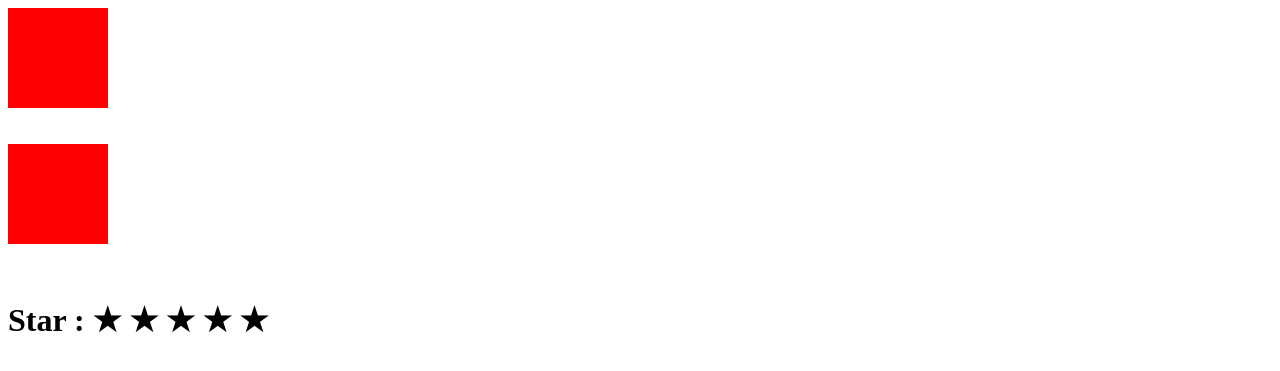
Repository: Shinhan1/shinhan
Page: http://localhost/web_goott/w20200324/w20200324_Test1.jsp
An editor plug-in stored every save of this project. The page is shown before and after the next save, followed by the edit.
The browser window is 1280 px wide. The pictures show the whole page.
The page is served by Tomcat 9.

Above is the page before, as saved 2020-03-24 08:43:18.

### web_goott/WebContent/w20200324/w20200324_Test1.jsp
<%@ page language="java" contentType="text/html; charset=UTF-8"
    pageEncoding="UTF-8"%>
<!DOCTYPE html>
<html>
<head>
<meta charset="UTF-8">
<title>Test1</title>
<style type="text/css">
	/* div{
		margin-left: 0px;
		width: 100px;
		height: 100px;
		background-color: red;
	} */
	#div1{
		margin-left: 0px;
		width: 100px;
		height: 100px;
		background-color: red;
	}
	#div2{
		margin-left: 0px;
		width: 100px;
		height: 100px;
		background-color: red;
	}


</style>
<script src="https://ajax.googleapis.com/ajax/libs/jquery/3.4.1/jquery.min.js"></script>
<script type="text/javascript">

	$(function(){
		$('#div1').click(function(){
			$(this).animate({
				marginLeft: "+=100"
			}, 500);
			$(this).animate({
				width : "+=100"
			}, 500);
			$(this).animate({
				height : "+=100"
			}, 500);

		});

		$('#div2').click(function(){
			$(this).animate({
				marginLeft: "+=100"
			}, 500);
			$(this).animate({
				width : "+=100"
			}, 500);
			$(this).animate({
				height : "+=100"
			}, 500, function(){
				$(this).hide();
			});

		});

		setInterval(function(){
			$('h1').append(" ★ ");
		}, 1000);



		$('h1').click(function(){
			$(this).append(" ★ ");
		});


	});
</script>
</head>
<body>
	<div id="div1"></div>
	<br /><br />
	<div id="div2"></div>
	<br /><br />
	<h1>Star : </h1>

</body>
</html>

After the next save:
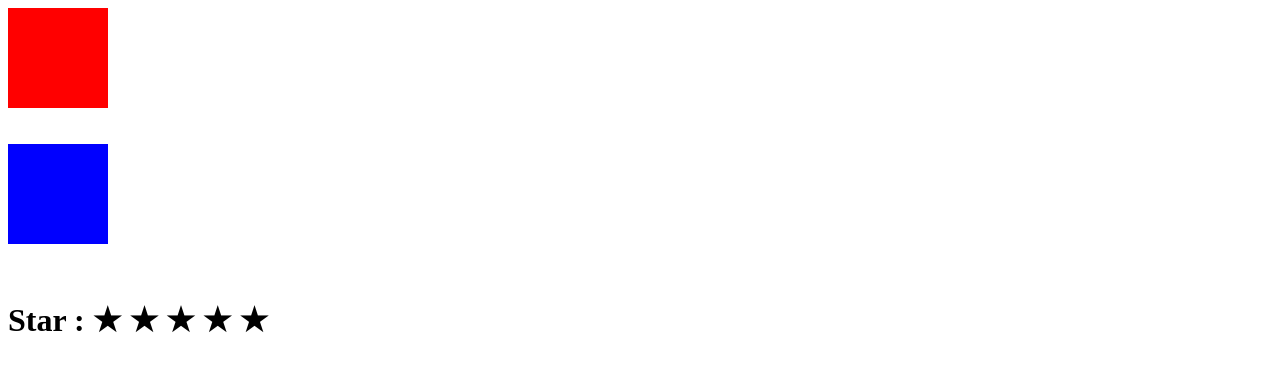
Saved 7 s later.
--- a/web_goott/WebContent/w20200324/w20200324_Test1.jsp
+++ b/web_goott/WebContent/w20200324/w20200324_Test1.jsp
@@ -22,7 +22,7 @@
 		margin-left: 0px;
 		width: 100px;
 		height: 100px;
-		background-color: red;
+		background-color: blue;
 	}
 
 
